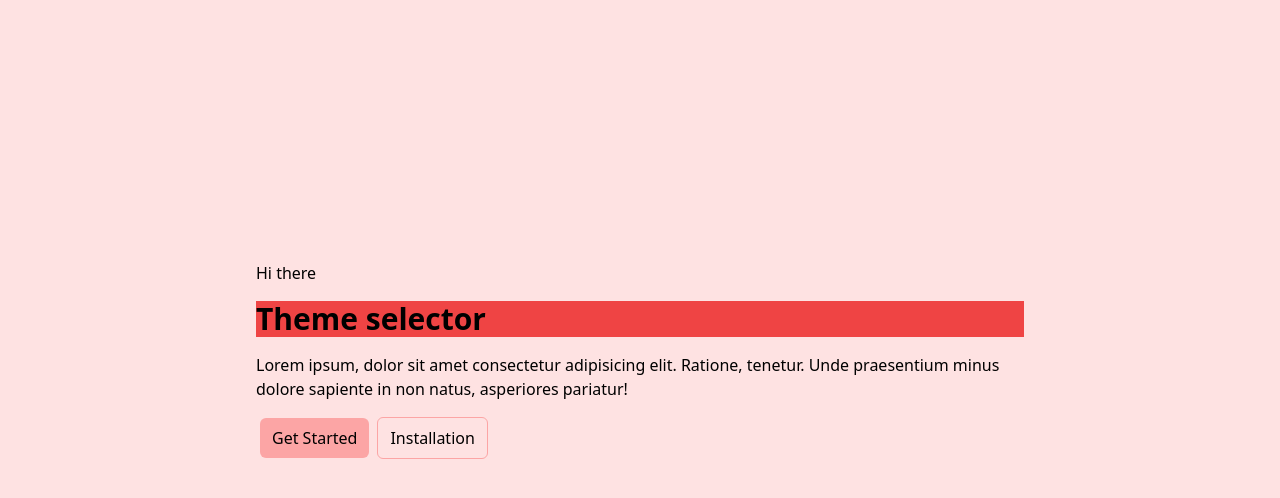
Repository: prince-bansal/tailwind-theme-switcher
Page: /
These files come from the project's save history. The page is drawn as it stood at one moment and after the next save; the edit follows.
The browser window is 1280 px wide. The pictures show the whole page.
The project was rebuilt for these pictures with package versions that can differ from the ones it lists, and the page was loaded fresh each time. Also part of the build but not shown: vite.config.ts, src/App.css.

Above is the page before, as saved 2024-03-17 19:09:51.

### src/App.tsx
import './App.css'

function App() {

  return (
    <div className="bg-red-100 min-h-screen flex items-center justify-center">
      <div className='w-[60%] m-auto'>
        <p>Hi there</p>
        <h1 className="text-3xl bg-red-500 my-4 font-bold">Theme selector</h1>
        <p>
          Lorem ipsum, dolor sit amet consectetur adipisicing elit. Ratione,
          tenetur. Unde praesentium minus dolore sapiente in non natus,
          asperiores pariatur!
        </p>
        <button className="mt-4 bg-red-300 p-2 px-3 mx-1 rounded-md">Get Started</button>
        <button className="mt-4 border-red-300 border p-2 px-3 mx-1 rounded-md">Installation</button>

      </div>{" "}
    </div>
  );
}

export default App

Loaded but not shown: index.html (common file); src/main.tsx (common file); src/index.css (common file); tailwind.config.js (common file)

After the next save:
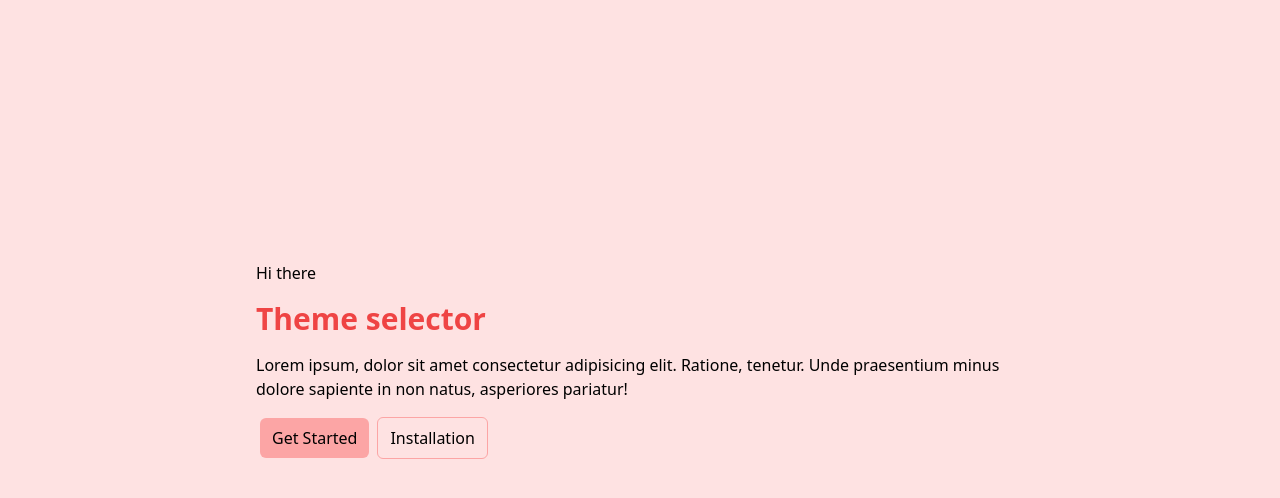
Saved 4 s later.
--- a/src/App.tsx
+++ b/src/App.tsx
@@ -6,7 +6,7 @@ function App() {
     <div className="bg-red-100 min-h-screen flex items-center justify-center">
       <div className='w-[60%] m-auto'>
         <p>Hi there</p>
-        <h1 className="text-3xl bg-red-500 my-4 font-bold">Theme selector</h1>
+        <h1 className="text-3xl text-red-500 my-4 font-bold">Theme selector</h1>
         <p>
           Lorem ipsum, dolor sit amet consectetur adipisicing elit. Ratione,
           tenetur. Unde praesentium minus dolore sapiente in non natus,
